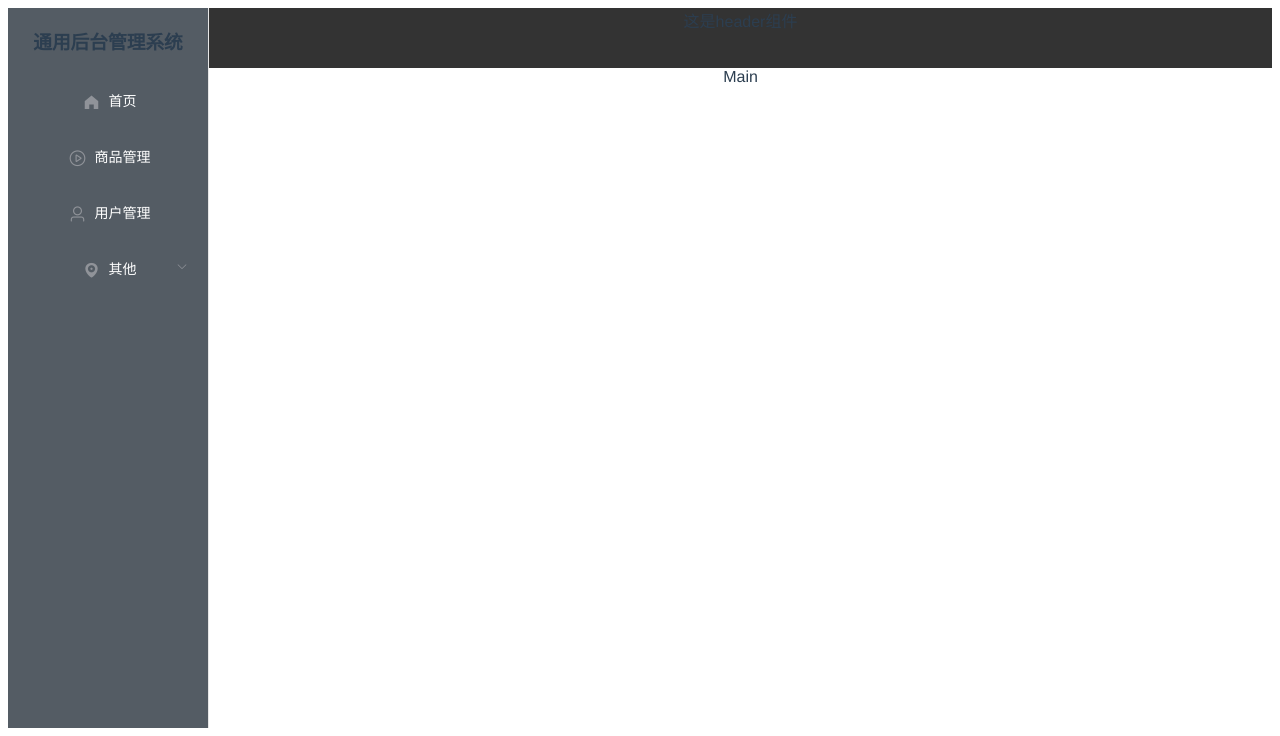
Repository: 385841539/VueStudy
Page: / (app in vue_cli/)
An editor plug-in stored every save of this project. The page is shown before and after the next save, followed by the edit.
The browser window is 1280 px wide. The pictures show the whole page.
The project was rebuilt for these pictures with package versions that can differ from the ones it lists, and the page was loaded fresh each time. Also part of the build but not shown: vue_cli/vue.config.js.

Above is the page before, as saved 2022-01-12 16:47:43.

After the next save:
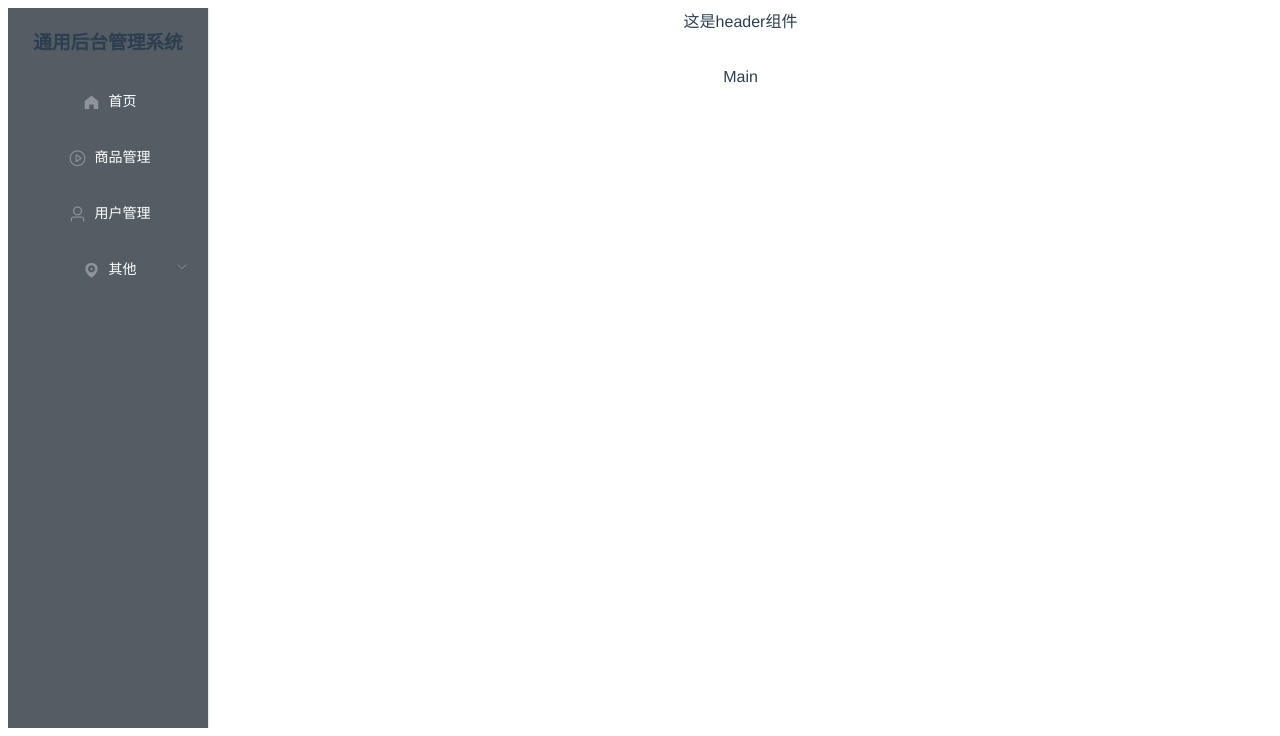
Saved 2 min 1 s later.
--- a/vue_cli/src/views/Main.vue
+++ b/vue_cli/src/views/Main.vue
@@ -27,7 +27,7 @@ export default {
 </script>
 <style lang='scss' scoped>
 .el-header {
-  background: #333;
+  background: #fff;
 }
 .el-main {
   padding-top: 0;
